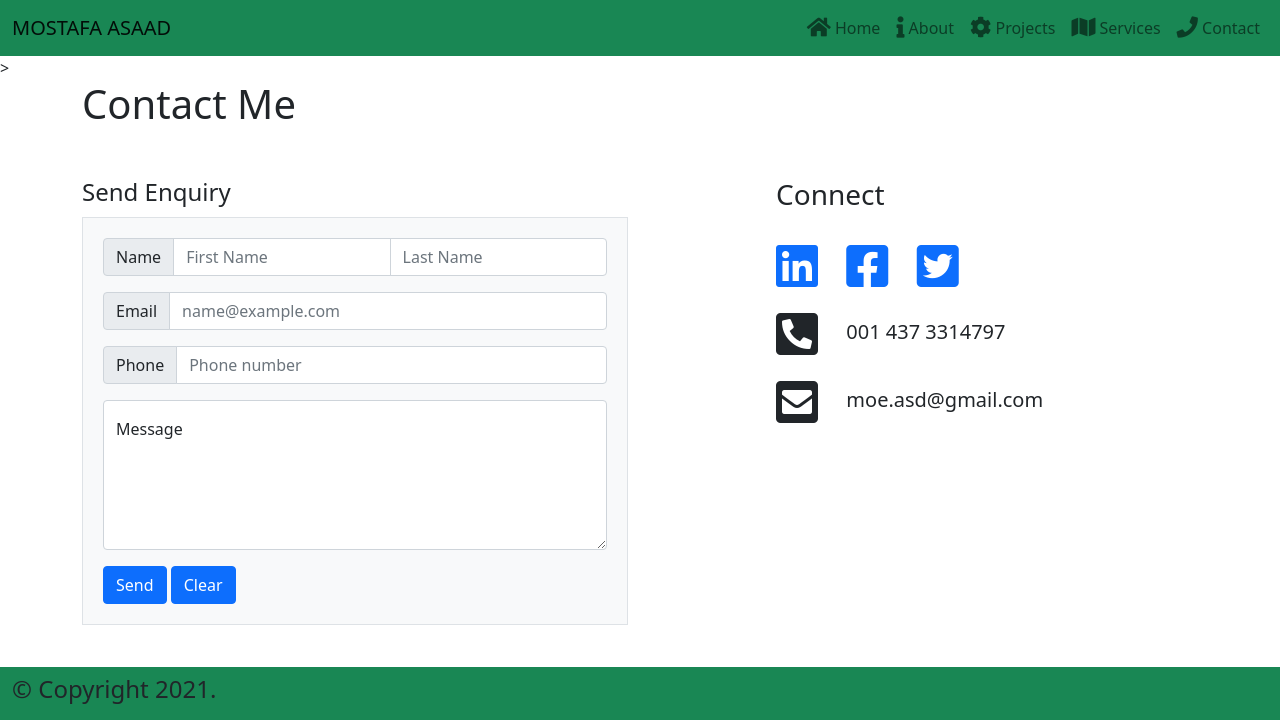
Repository: Mostafa-Asaad/Portfolio
Page: http://localhost/contact
The author's editor kept a copy of each file at every save. The page is drawn from the files as they stood at one save, then again after the next save.
The browser window is 1280 px wide. The pictures show the whole page.
The page is served by the project's Node server (index.js). Other server files are loaded and not shown.

Above is the page before, as saved 2021-06-04 17:16:45.

### Server/Views/index.ejs
<!DOCTYPE html>
<html lang="en">
<head>
  <meta charset="UTF-8">
  <meta http-equiv="X-UA-Compatible" content="IE=edge">
  <meta name="viewport" content="width=device-width, initial-scale=1.0">
  <title><%= title %></title>
  <!-- CSS Section -->
  <link rel="stylesheet" href="/bootstrap/dist/css/bootstrap.min.css">
  <link rel="stylesheet" href="/@fortawesome/fontawesome-free/css/all.min.css">
  <link rel="stylesheet" href="/Content/app.css">
</head>
<body>
  <!-- Navigation Section -->
 <header>
  <%- include('./components/header.ejs') %>
 </header>

  <!--Main Content-->>
  <main>
    <%- include('./content/' + page + '.ejs') %>
  </main>

  <!-- Bottom Nav -->
  <footer>
    <%- include('./components/footer.ejs') %>
  </footer>

  <!-- JavaScript Section -->
  <script src="/jquery/dist/jquery.min.js"></script>
  <script src="/bootstrap/dist/js/bootstrap.min.js"></script>
  <script src="/Scripts/app.js"></script>
</body>
</html>

### Server/Views/components/header.ejs
<nav class="navbar navbar-expand-lg navbar-light bg-success">
    <div class="container-fluid">
      <a class="navbar-brand" href="#">MOSTAFA ASAAD</a>
      <button class="navbar-toggler" type="button" data-bs-toggle="collapse" data-bs-target="#navbarSupportedContent" aria-controls="navbarSupportedContent" aria-expanded="false" aria-label="Toggle navigation">
        <span class="navbar-toggler-icon"></span>
      </button>
      <div class="collapse navbar-collapse" id="navbarSupportedContent">
        <ul class="navbar-nav ms-auto mb-2 mb-lg-0">
          <li class="nav-item">
            <a class="nav-link" href="/home"><i class="fas fa-home fa-lg"></i> Home</a>
          </li>
          <li class="nav-item">
            <a class="nav-link" href="/about"><i class="fas fa-info fa-lg"></i> About</a>
          </li>
          <li class="nav-item">
            <a class="nav-link" href="/projects"><i class="fas fa-cog fa-lg"></i> Projects</a>
          </li>
          <li class="nav-item">
            <a class="nav-link" href="/services"><i class="fas fa-map fa-lg"></i> Services</a>
          </li>
          <li class="nav-item">
            <a class="nav-link" href="/contact"><i class="fas fa-phone fa-lg"></i> Contact</a>
          </li>
        </ul>
      </div>
    </div>
  </nav>

### Server/Views/content/contact.ejs

<!-- Page Title -->
<div class="container" style= "margin-bottom:50px;" >
  <h1>Contact Me</h1>
</div>

<!-- Message form -->

<div class="container">
  <div class="row align-items-start">
    <div class="col-6">
      <div style= "margin-bottom:10px;">
       <h4>Send Enquiry</h4>
      </div>
      <div class="col border border-bottom rounded-lg bg-light">
       <div style= "margin:20px;">
    <!-- First and last name -->
          <div class="input-group mb-3"  >
            <span class="input-group-text">Name</span>
            <input type="text" placeholder="First Name" aria-label="First name" class="form-control">
            <input type="text" placeholder="Last Name" aria-label="Last name" class="form-control">
          </div>
    <!-- email Form -->
          <div class="input-group flex-nowrap mb-3">
            <span class="input-group-text" id="addon-wrapping">Email</span>
            <input type="text" class="form-control" placeholder="name@example.com" aria-label="email address" aria-describedby="addon-wrapping">
           </div>
    <!-- Phone number -->
          <div class="input-group mb-3">
            <span class="input-group-text" id="inputGroup-sizing-default">Phone</span>
            <input type="text" placeholder="Phone number" class="form-control" aria-label="Sizing example input" aria-describedby="inputGroup-sizing-default">
          </div>
    <!-- Comments -->
          <div class="form-floating mb-3">
            <textarea class="form-control" placeholder="Leave a comment here" id="floatingTextarea2" style="height: 150px"></textarea>
            <label for="floatingTextarea2">Message</label>
          </div>
    <!-- Click Buttons -->
          <input class="btn btn-primary" type="submit" value="Send" >
          <input class="btn btn-primary" type="submit" value="Clear" >
        </div>
      </div>
    </div>
  <!-- Connect Buttons -->
    <div class="col">
      <div class="container-fluid ">
        <div style= "margin-left:100px;">
          <div style= "margin-bottom:30px;">
            <h3>Connect</h3>
          </div>
          <div class="row align-items-start" style= "margin-bottom:20px;">
            <div class="col-2">
              <a class="link" href="https://www.linkedin.com/in/mostafa-asaad/"><i class="fab fa-linkedin fa-3x"></i></a>
            </div>
            <div class="col-2">
              <a class="link" href="https://www.facebook.com/"><i class="fab fa-facebook-square fa-3x"></i></a>
            </div>
            <div class="col-2">
              <a class="link" href="https://twitter.com/Moe_Asd"><i class="fab fa-twitter-square fa-3x"></i></a>
            </div>
          </div>
          <div class="row align-items-start" style= "margin-bottom:20px;">
            <div class="col-2 margin-bottom:30px">
              <i class="fas fa-phone-square-alt fa-3x"></i>
            </div>
            <div class="col-6" style= "margin-top:10px;">
              <h5>001 437 3314797</h5>
            </div>
          </div>
          <div class="row align-items-start" style= "margin-bottom:20px;">
            <div class="col-2 margin-bottom:30px">
              <i class="fas fa-envelope-square fa-3x"></i>
            </div>
            <div class="col-6" style= "margin-top:10px;">
              <h5>moe.asd@gmail.com</h5>
            </div>
          </div>
        </div>
      </div>
    </div>
  </div>
 </div>

### Server/Views/components/footer.ejs
<nav class="navbar fixed-bottom navbar-success bg-success">
    <div class="container-fluid">
      <h4>&copy; Copyright 2021.</h4>
    </div>
  </nav>

### index.js
#!/usr/bin/env node
"use strict";
var __importDefault = (this && this.__importDefault) || function (mod) {
    return (mod && mod.__esModule) ? mod : { "default": mod };
};
Object.defineProperty(exports, "__esModule", { value: true });
const app_1 = __importDefault(require("./Server/Config/app"));
const debug_1 = __importDefault(require("debug"));
debug_1.default('week-4d:server');
const http_1 = __importDefault(require("http"));
let port = normalizePort(process.env.PORT || '3000');
app_1.default.set('port', port);
let server = http_1.default.createServer(app_1.default);
server.listen(port);
server.on('error', onError);
server.on('listening', onListening);
function normalizePort(val) {
    let port = parseInt(val, 10);
    if (isNaN(port)) {
        return val;
    }
    if (port >= 0) {
        return port;
    }
    return false;
}
function onError(error) {
    if (error.syscall !== 'listen') {
        throw error;
    }
    var bind = typeof port === 'string'
        ? 'Pipe ' + port
        : 'Port ' + port;
    switch (error.code) {
        case 'EACCES':
            console.error(bind + ' requires elevated privileges');
            process.exit(1);
            break;
        case 'EADDRINUSE':
            console.error(bind + ' is already in use');
            process.exit(1);
            break;
        default:
            throw error;
    }
}
function onListening() {
    let addr = server.address();
    let bind = typeof addr === 'string'
        ? 'pipe ' + addr
        : 'port ' + addr.port;
    debug_1.default('Listening on ' + bind);
}
//# sourceMappingURL=index.js.map

### Server/Routes/index.js
"use strict";
var __importDefault = (this && this.__importDefault) || function (mod) {
    return (mod && mod.__esModule) ? mod : { "default": mod };
};
Object.defineProperty(exports, "__esModule", { value: true });
const express_1 = __importDefault(require("express"));
const router = express_1.default.Router();
exports.default = router;
router.get('/', function (req, res, next) {
    res.render('index', { title: 'Home', page: 'home' });
});
router.get('/home', function (req, res, next) {
    res.render('index', { title: 'Home', page: 'home' });
});
router.get('/about', function (req, res, next) {
    res.render('index', { title: 'About Us', page: 'about' });
});
router.get('/projects', function (req, res, next) {
    res.render('index', { title: 'Our Projects', page: 'projects' });
});
router.get('/services', function (req, res, next) {
    res.render('index', { title: 'Our Services', page: 'services' });
});
router.get('/contact', function (req, res, next) {
    res.render('index', { title: 'Contact Us', page: 'contact' });
});
//# sourceMappingURL=index.js.map

### Client/Content/app.css
/* your custom css goes here */

### Client/Scripts/app.js
"use strict";
(function () {
    function Start() {
        console.log("App Started");
    }
    window.addEventListener("load", Start);
})();
//# sourceMappingURL=app.js.map

After the next save:
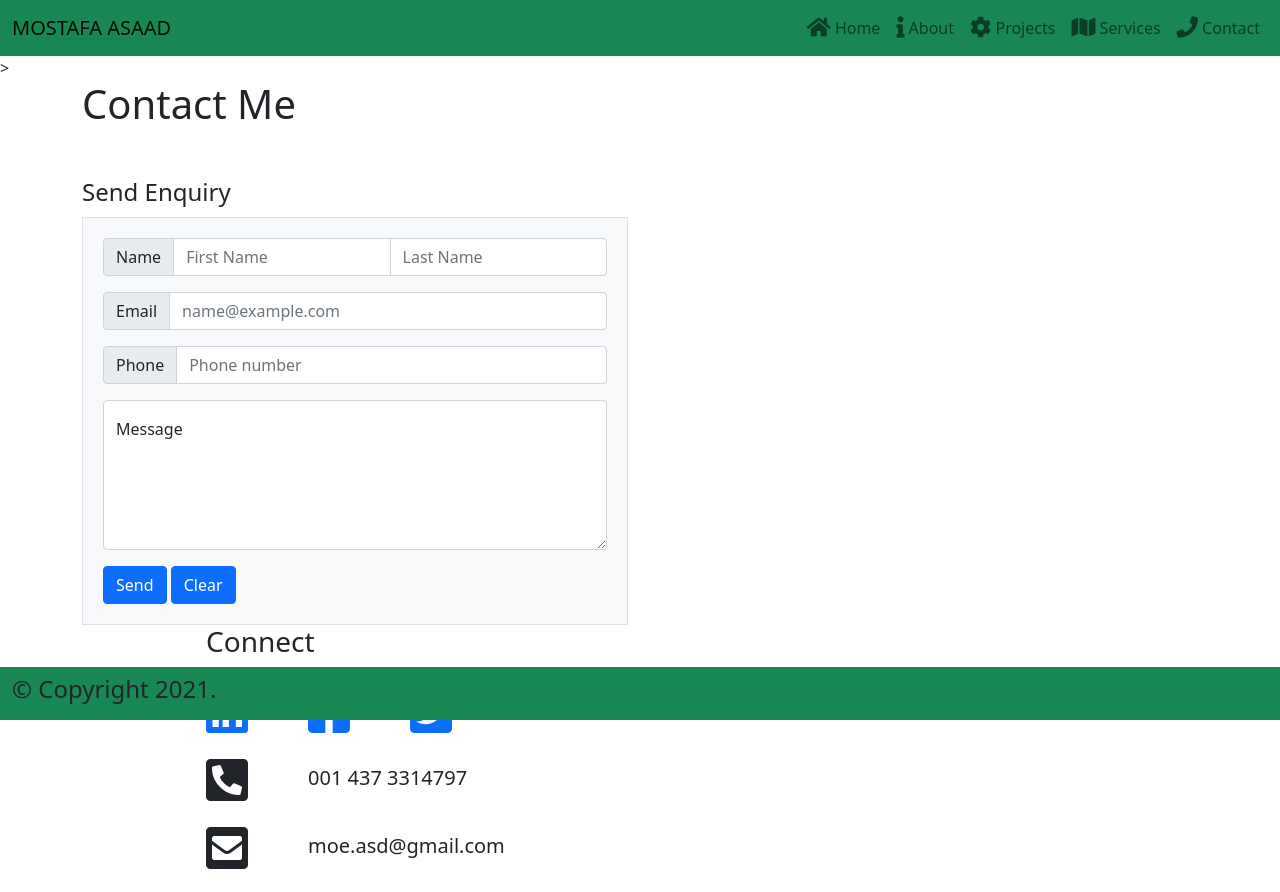
Saved 3 min 4 s later.
--- a/Server/Views/content/contact.ejs
+++ b/Server/Views/content/contact.ejs
@@ -42,7 +42,7 @@
       </div>
     </div>
   <!-- Connect Buttons -->
-    <div class="col">
+    <div class="col-8">
       <div class="container-fluid ">
         <div style= "margin-left:100px;">
           <div style= "margin-bottom:30px;">
@@ -78,5 +78,6 @@
         </div>
       </div>
     </div>
+    <div class="col">
   </div>
  </div>
